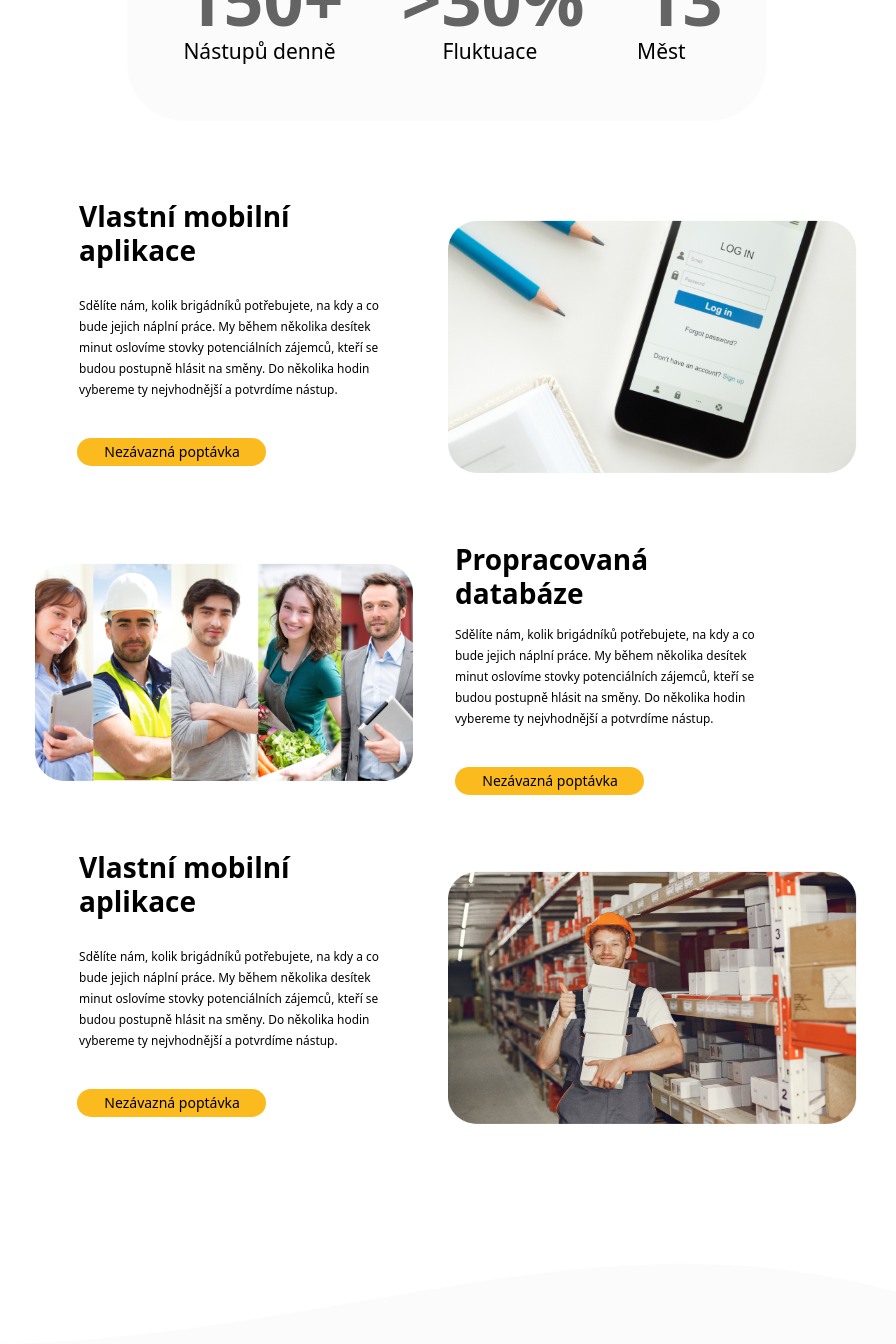
Repository: bilday08/aulinks
Page: index.html
An editor plug-in stored every save of this project. The page is shown before and after the next save, followed by the edit.
The browser window is 1280 px wide. The pictures show the part of the page from y = 1071 to 2991 px (the page is 5019 px tall), at 70% of full size.
Some web fonts or font styles are not loaded; a fallback is used.

Above is the page before, as saved 2022-12-07 17:58:44.

### index.html
<!DOCTYPE html>
<html lang="en">
<head>
    <meta charset="UTF-8">
    <meta http-equiv="X-UA-Compatible" content="IE=edge">
    <meta name="viewport" content="width=device-width, initial-scale=1.0">
    <title>Aulinks</title>
    <link rel="stylesheet" href="./reset.css">
    <link rel="stylesheet" href="./style.css">
    <link
    rel="stylesheet"
    href="https://cdnjs.cloudflare.com/ajax/libs/font-awesome/6.2.0/css/all.min.css"
    integrity="sha512-xh6O/CkQoPOWDdYTDqeRdPCVd1SpvCA9XXcUnZS2FmJNp1coAFzvtCN9BmamE+4aHK8yyUHUSCcJHgXloTyT2A=="
    crossorigin="anonymous"
    referrerpolicy="no-referrer" />
    <link
    href="https://cdn.jsdelivr.net/npm/bootstrap@5.2.1/dist/css/bootstrap.min.css"
    rel="stylesheet"
    integrity="sha384-iYQeCzEYFbKjA/T2uDLTpkwGzCiq6soy8tYaI1GyVh/UjpbCx/TYkiZhlZB6+fzT"
    crossorigin="anonymous">
    <script
    src="https://cdn.jsdelivr.net/npm/bootstrap@5.2.1/dist/js/bootstrap.bundle.min.js"
    integrity="sha384-u1OknCvxWvY5kfmNBILK2hRnQC3Pr17a+RTT6rIHI7NnikvbZlHgTPOOmMi466C8"
    crossorigin="anonymous">
    </script>
    <link rel="preconnect" href="https://fonts.googleapis.com">
    <link rel="preconnect" href="https://fonts.gstatic.com" crossorigin>
    <link
    href="https://fonts.googleapis.com/css2?family=Inter+Tight:ital,wght@0,100;0,200;0,300;0,400;0,500;0,600;0,700;0,800;0,900;1,200;1,300;1,400;1,500;1,600;1,700;1,800;1,900&family=Inter:wght@100;200;300;400;500;600;700;800;900&display=swap"
    rel="stylesheet">
</head>
<body>
    <div class="wrapper">
        <header class="header">
            <div class="container_fluid_header">
                <div class="header__logo">
                    <img class="logo_images" src="./images/Header/logo.png" alt="logo"/>
                    <img class="logo_text" src="./images/Header/logotext.png" alt="logo"/>
                </div>
                <div class="header__contact">
                    <img class="contact_images" src="./images/Header/contact.png" alt="contact">
                </div>
                <div class="header__text">
                    <span class="text_name">Zavolejte nám:</span>
                    <span class="text_number">+420 607 205 862</span>
                </div>
                <div class="header__button">
                    <a href="#" class="button_name">Zavolejte nám:</a>
                </div>
                <div class="herder__button_white">
                    <a href="#" class="button_name_white">O nas</a>
                    <a href="#" class="button_name_white">Naši partneři</a>
                    <a href="#" class="button_name_white button_name_yellow">Služby</a>
                    <a href="#" class="button_name_white">Kontakty</a>
                </div>
            </div>
        </header>
    </div>
    <main>
        <div class="container_fluid_main">
            <div class="main__top_br">
                <img
                src="./images/Main/Rectangle 8 (9).png"
                alt="#" class="main_top_header"/>
                <h1 class="main_text">Pracovití brigádníci do druhého dne</h1>
                <p class="main_content">
                    Sdělíte nám, kolik brigádníků potřebujete,
                    na kdy a co bude jejich náplní práce. My během několika
                    desítek minut oslovíme stovky potenciálních zájemců, kteří
                    se budou postupně hlásit na směny. Do několika hodin vybereme
                    ty nejvhodnější a potvrdíme nástup.
                </p>
                <a href="#" class="main_button">Nezávazná poptávka</a>
            </div>
            <div class="main_center">
                <a href="#" class="center_button">
                    <div class="button__first">
                        <span class="button_number">150+</span>
                        <span class="button_number">>30%</span>
                        <span class="button_number">13</span>
                    </div>
                    <div class="button__second">
                        <span class="button_text">Nástupů denně</span>
                        <span class="button_text text_second">Fluktuace</span>
                        <span class="button_text text_thrid">Měst</span>
                    </div>
                </a>
            </div>
        </div>
        <section class="service">
            <div class="service_item">
                <div class="service_content">
                    <h2 class="main_text global_heading">Vlastní mobilní aplikace</h2>
                    <div class="main_content global_text">
                        Sdělíte nám, kolik brigádníků potřebujete, na kdy a co bude jejich náplní práce.
                        My během několika desítek minut oslovíme stovky potenciálních zájemců,
                        kteří se budou postupně hlásit na směny. Do několika hodin vybereme ty nejvhodnější
                        a potvrdíme nástup.
                    </div>
                    <a href="#" class="main_button global_button">Nezávazná poptávka</a>
                </div>
                <div class="service_images">
                    <img src="./images/Main/imgmain1.png" alt="#" class="service_images_right"/>
                </div>
            </div>
            <div class="service_item">
                <div class="service_content">
                    <h2 class="main_text global_heading_left">Propracovaná databáze</h2>
                    <div class="main_content global_text_left">
                        Sdělíte nám, kolik brigádníků potřebujete, na kdy a co bude jejich náplní práce.
                        My během několika desítek minut oslovíme stovky potenciálních zájemců,
                        kteří se budou postupně hlásit na směny. Do několika hodin vybereme ty nejvhodnější
                        a potvrdíme nástup.
                    </div>
                    <a href="#" class="main_button global_button_left">Nezávazná poptávka</a>
                </div>
                <div class="service_images">
                    <img src="./images/Main/imgmain2.png" alt="#" class="service_images_left"/>
                </div>
            </div>
            <div class="service_item">
                <div class="service_content">
                    <h2 class="main_text global_heading service_margin">Vlastní mobilní aplikace</h2>
                    <div class="main_content global_text">
                        Sdělíte nám, kolik brigádníků potřebujete, na kdy a co bude jejich náplní práce.
                        My během několika desítek minut oslovíme stovky potenciálních zájemců,
                        kteří se budou postupně hlásit na směny. Do několika hodin vybereme ty nejvhodnější
                        a potvrdíme nástup.
                    </div>
                    <a href="#" class="main_button global_button">Nezávazná poptávka</a>
                </div>
                <div class="service_images">
                    <img src="./images/Main/imgmain3.png" alt="#" class="service_images_right"/>
                </div>
            </div>
        </section>
        <div class="main_brand">
            <img src="./images/Main/logo1.png" alt="#" class="brand_image">
            <img src="./images/Main/logo2.png" alt="#" class="brand_image">
            <img src="./images/Main/logo3.png" alt="#" class="brand_image">
            <img src="./images/Main/logo4.png" alt="#" class="brand_image">
            <img src="./images/Main/logo5.png" alt="#" class="brand_image">
            <img src="./images/Main/logo6.png" alt="#" class="brand_image">
        </div>
        <div class="main_icon">
            <div class="icon_menu">
                <h1 class="icon_titles">Kam nejčastěji brigádníky dodáváme?</h1>
                <div class="icon_menu">
                    <div class="icon_menu_img">
                        <img src="./images/Main/icon1.png" alt="#" class="icon_images">
                        <img src="./images/Main/icon2.png" alt="#" class="icon_images">
                        <img src="./images/Main/icon3.png" alt="#" class="icon_images">
                        <img src="./images/Main/icon4.png" alt="#" class="icon_images">
                        <img src="./images/Main/icon5.png" alt="#" class="icon_images">
                    </div>
                    <div class="icon_menu_text">
                        <span class="icon_text">Sklad</span>
                        <span class="icon_text">Supermarkety</span>
                        <span class="icon_text icon_margin">Balení zásilek</span>
                        <span class="icon_text icon_margin">Kontrola kvality</span>
                        <span class="icon_text icon_margin">Úklidy</span>
                    </div>
                </div>
            </div>
        </div>
        <div class="main_login">
            <div class="login_box">
                <h1 class="box_heading">Zaujala Vás naše nabídka? </h1>
                <p class="box_text">
                Po vyplnění formuláře se s vámi spojí kolegyně,
                se kterou proberete veškeré detaily.</p>
            </div>
            <div class="login_titles">
                <span class="titles">Jmeno</span>
                <a href="#" class="underlined"></a>
                <span class="titles">Email</span>
                <a href="#" class="underlined"></a>
                <span class="titles">Telefonní číslo</span>
                <a href="#" class="underlined"></a>
            </div>
            <div class="login_button">
                <a href="#" class="button_login_box">Poslat</a>
            </div>
            <div class="login_contact">
                <span class="login_contact_number">+420 607 205 862</span>
                <span class="login_contact_text">info@aulinks.com</span>
                <img src="./images/Header/contact.png" alt="#" class="login_contact_images">
            </div>
        </div>
    </main>
    <footer class="footer">
        <div class="footer_bottom">
            <div class="bottom_first">
                <img src="./images/Footer/1024х1024 1 (2).png" alt="#" class="footer_logo">
                <img src="./images/Footer/Aulinks (2).png" alt="#" class="footer_logo">
                <span class="footer_text">Cookies</span>
                <span class="footer_text">Nakládání s osobními údaji</span>
            </div>
            <div class="bottom_second">
                <span class="footer_text">
                    Na Plzeňce, 150 00 Praha 5-Smíchov
                    Пн-Пт 9:00 - 18:00
                </span>
                <span class="footer_text">Zavolejte nám:</span>
                <span class="footer_number">+420 607 205 862</span>
            </div>
            <div class="bottom-thrid">
                <a href="#" class="bottom_button">O nas</a>
                <a href="#" class="bottom_button">Naši partneři</a>
                <a href="#" class="bottom_button">Služby</a>
                <a href="#" class="bottom_button">Kontakty</a>
            </div>
        </div>
    </footer>
</body>
</html>

### style.css
html{
    font-size: 62.5%;
    /* 1rem=10px; */
}
* {
    box-sizing: border-box;
}
body{
    font-family: 'Inter Tight', sans-serif;
}
.container_fluid_header{
    max-width: 100%;
    height: 36rem;
    background-image: url(./images/Header/Rectangle\ 8\ \(10\).png);
    background-repeat: no-repeat;
    background-size: auto;
}
/* .header__logo{
    margin-top: 6rem;
} */
.logo_images{
    margin-left: 11.4rem;
    margin-top: 2rem;
    width: 7.8rem;
    height: 7.1rem;
}
.logo_text{
    margin-top: 2rem;
}
.contact_images{
    margin-left: 40rem;
    margin-top: -7rem;
    width: 30.8rem;
    height: 8.1rem;
}
.header__text{
    margin-left: 80rem;
    margin-top: -8rem;
}
.text_name{
    display: block;
    width: 14.5rem;
    height: 3rem;
    font-family: 'Inter Tight';
    font-weight: 400;
    font-size: 20px;
    line-height: 24px;
    color: black;
}
.text_number{
    color: #FBBA1D;
    width: 18.5rem;
    height: 2.4rem;
    font-family: 'Inter Tight';
    font-style: normal;
    font-weight: 700;
    font-size: 20px;
    line-height: 24px;
}
.header__button{
    margin-left: 110rem;
    margin-top: -4rem;
}
.button_name{
    text-align: center;
    text-decoration: none;
    padding: 0.8rem 3.9rem;
    color: black;
    background-color: #FBBA1D;
    width: 22.3rem;
    height: 4.1rem;
    font-weight: 400;
    font-size: 20px;
    line-height: 24px;
    border-radius: 30px;
}
.herder__button_white{
    margin-top: 8rem;
    margin-left: 11.4rem;
}
.button_name_white{
    text-decoration: none;
    text-align: center;
    color: black;
    background-color: white;
    padding: 0.7rem 3.5rem;
    width: 19rem;
    height: 4rem;
    font-weight: 400;
    font-size: 20px;
    line-height: 24px;
    border-radius: 30px;
    border: 1px solid #000000;
    margin-left: 2rem;
}
.button_name_yellow{
    background-color: #FBBA1D;
}
.main_top_header{
    max-width: 100%;
    object-fit: contain;
    margin-left: 0;
}
.container_fluid_main{
    max-width: 100%;
    height: 79.4rem;
    background-image: url(./images/Main/brmain.png);
    object-fit: cover;
    margin-top: -10em;
}
.main_text{
    width: 42.7rem;
    height: 9.6rem;
    font-weight: 600;
    font-size: 40px;
    line-height: 48px;
    color: #000000;
    margin-left: 65rem;
    margin-top: 8rem;
}
.main_content{
    width: 53.5rem;
    height: 12rem;
    font-weight: 400;
    font-size: 17px;
    line-height: 30px;
    color: #000000;
    margin-top: 2.8rem;
    margin-left: 65rem;
}
.main_button{
    text-decoration: none;
    text-align: center;
    display: block;
    padding: 8px 39px;
    color: black;
    background-color: #FBBA1D;
    width: 27rem;
    height: 4rem;
    font-weight: 400;
    font-size: 20px;
    line-height: 24px;
    border-radius: 30px;
    margin-top: 4.3rem;
    margin-left: 65rem;
    white-space: nowrap;
}
.center_button{
    text-decoration: none;
    max-width: 109rem;
    height: 31.3rem;
    background-color:#FBFBFB;
    border-radius: 81px;
    display: block;
    margin-top: 16.5rem;
    margin-left: 18.2rem;
    margin-right: 18.5rem;
    padding-top: 7.8rem;
}
.button_number{
    display: inline-block;
    font-weight: 600;
    font-size: 100px;
    line-height: 121px;
    color: #646464;
    margin-left: 8rem;
}
.button__first .button__second{
    display: inline;
}
.button_text{
    width: 24rem;
    height: 3.3rem;
    display: inline;
    font-weight: 400;
    font-size: 30px;
    line-height: 30px;
    color: #000000;
    margin-left: 8rem;
}
.text_second{
    margin-left: 15rem;
}
.text_thrid{
    margin-left: 14rem;
}
.global_heading{
    max-width: 41.8rem;
    height: 95px;
    margin-top: 30.3rem;
    margin-left: 11.3rem;
}
.global_text{
    max-width: 43.2rem;
    height: 18.9rem;
    margin-left: 11.3rem;
    margin-top: 4.1rem;
}
.global_button{
    margin-left: 11rem;
    margin-top: 1.5rem;
}
.service_images_right{
    width: 58.3rem;
    height: 36rem;
    display: block;
    margin-top: -35rem;
    margin-left: 64rem;
}
.service_images_left{
    width: 54rem;
    height: 31rem;
    display: block;
    margin-top: -33rem;
    margin-left: 5rem;
}
.global_text_left{
    max-width: 43.2rem;
    height: 18.9rem;
    margin-top: 2rem;
}
.global_button_left{
    margin-top: 1.5rem;
}
.global_heading_left{
    margin-top: 10rem;
}
.service_margin{
    margin-top: 10rem;
}
.main_brand{
    background-image: url(./images/Main/Rectangle\ 7\ \(3\).png);
    max-width: 100%;
    object-fit: cover;
    margin-top: 20rem;
    height: 42rem;
}
.brand_image{
    margin-left: 3rem;
    margin-top: 20rem;
}
.icon_titles{
    width: 73.8rem;
    height: 5.6rem;
    font-weight: 600;
    font-size: 40px;
    line-height: 48px;
    color: #000000;
    margin-top: 11.9rem;
    margin-left: 35rem;
}
.icon_images{
    width: 11.7rem;
    height: 10.8rem;
    margin-left: 12rem;
    margin-top: 9rem;
}
.icon_text{
    width: 8.3rem;
    height: 3.3rem;
    font-weight: 400;
    font-size: 30px;
    line-height: 30px;
    color: #000000;
    margin-top: 2.5rem;
    margin-left: 14rem;
}
.icon_margin{
    margin-left: 6rem;
}
.login_box{
    width: 69.2rem;
    height: 53rem;
    border: 1px solid #FBBA1D;
    border-radius: 42px;
    margin-top: 29rem;
    margin-left: 11.3rem;
}
.box_heading{
    height: 11.9rem;
    width: 53.7rem;
    font-weight: 600;
    font-size: 40px;
    line-height: 35px;
    color: #000000;
    margin-top: 4.6rem;
    margin-left: 7.8rem;
}
.box_text{
    height: 11.9rem;
    width: 53.7rem;
    font-weight: 400;
    font-size: 17px;
    line-height: 30px;
    color: #000000;
    margin-top: -6.5rem;
    margin-left: 7.8rem;
}
.titles{
    display: block;
    font-weight: 400;
    font-size: 17px;
    color: #646464;
    line-height: 67px;
    /* margin-top: -35.7rem; */
    margin-left: 18.9rem;
}
.underlined{
    display: block;
    position: absolute;
    width: 54rem;
    height: 0px;
    border: 1px solid #000000;
    margin-left: 18.9rem;
}
.login_titles{
    margin-top: -35.7rem;
}
.button_login_box{
    text-decoration: none;
    text-align: center;
    display: block;
    padding: 8px 103px;
    color: black;
    background-color: #FBBA1D;
    width: 27rem;
    height: 4rem;
    font-weight: 400;
    font-size: 20px;
    line-height: 24px;
    border-radius: 30px;
    white-space: nowrap;
    margin-top: 5.4rem;
    margin-left: 20rem;
}
.login_contact_number{
    display: block;
    width: 40rem;
    height: 3rem;
    font-weight: 700;
    font-size: 40px;
    line-height: 30px;
    color: #FBBA1D;
    margin-left: 82rem;
    margin-top: -28rem;
}
.login_contact_text{
    display: block;
    width: 17rem;
    height: 3.3rem;
    font-weight: 400;
    font-size: 20px;
    line-height: 30px;
    margin-left: 82rem;
    margin-top: 2.6rem;
}
.login_contact_images{
    width: 30.8rem;
    height: 8.9rem;
    margin-left: 82rem;
    margin-top: 2rem;
}
.footer{
    margin-top: 30rem;
}
.footer_bottom{
    max-width: 100%;
    height: 33.8rem;
    background: #FBFBFB;
    font-family: 'Inter', sans-serif;
    background-image: url(./images/Footer/Rectangle\ 10\ \(4\).png);
}

Loaded but not shown: reset.css (common file)

After the next save:
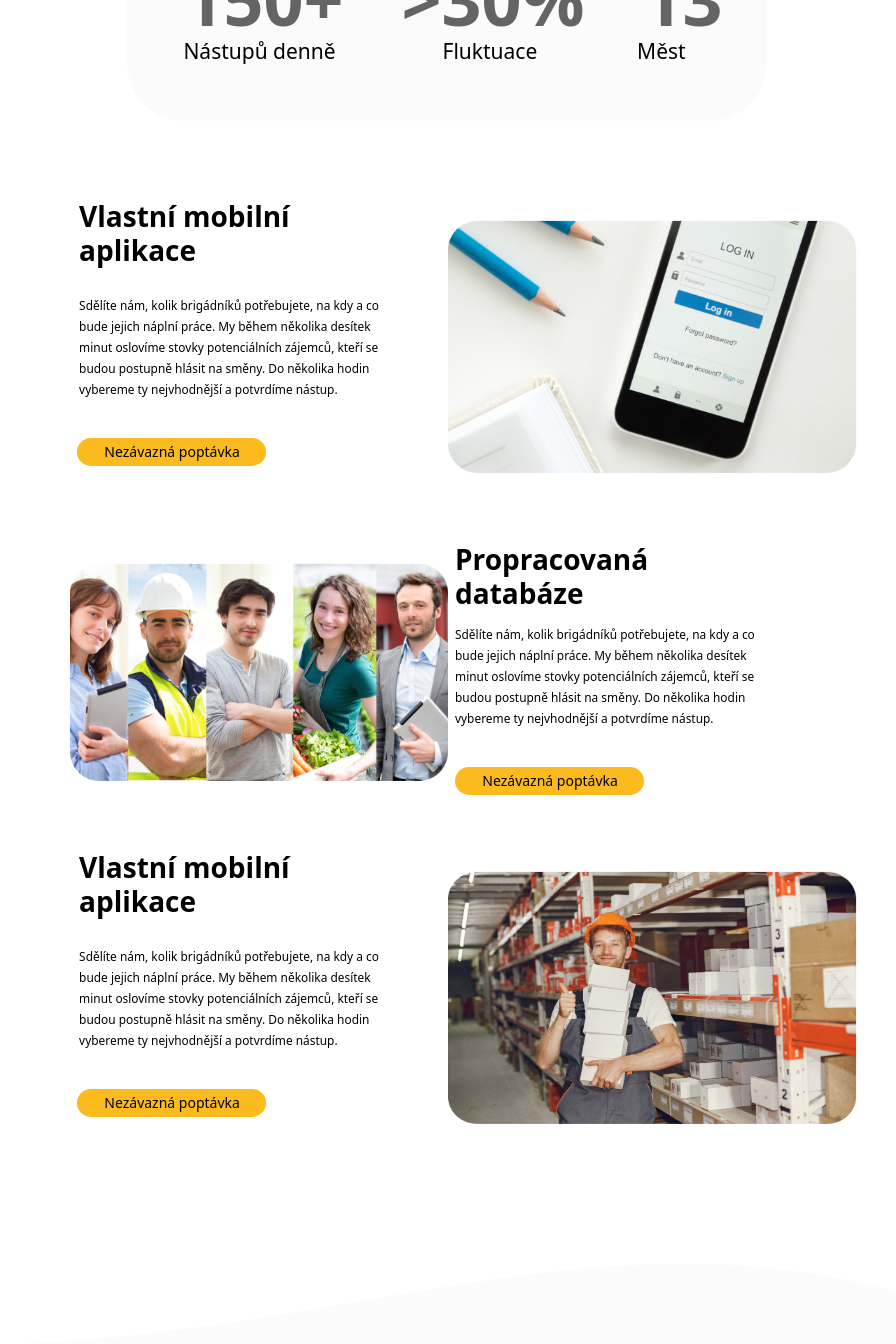
Saved 30 s later.
--- a/style.css
+++ b/style.css
@@ -212,7 +212,7 @@
     height: 31rem;
     display: block;
     margin-top: -33rem;
-    margin-left: 5rem;
+    margin-left: 10rem;
 }
 .global_text_left{
     max-width: 43.2rem;
